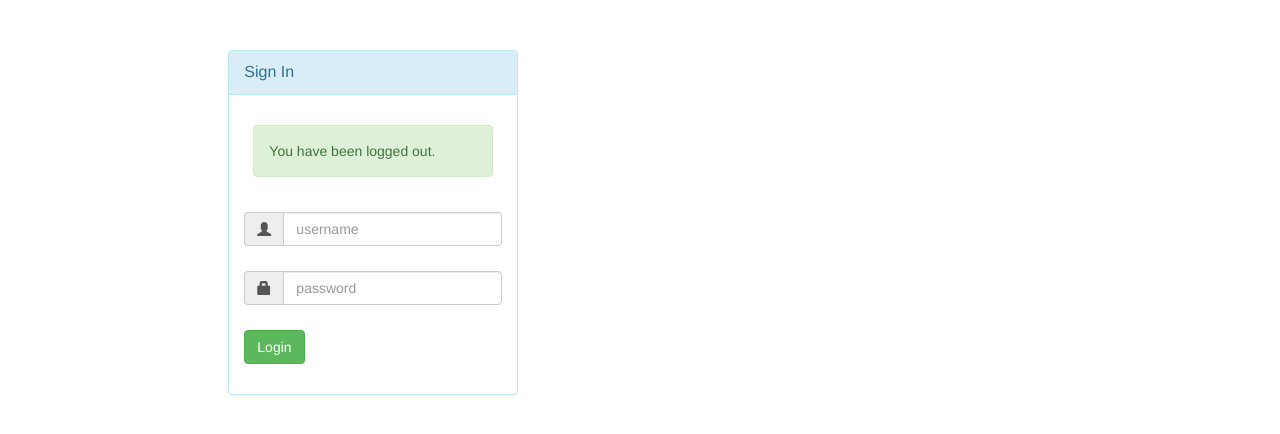
Repository: pavan-codeater/Spring-Projects
Page: http://localhost/spring-security-demo-03-custom-login-bootstrap/showLoginForm
These files come from the project's save history. The page is drawn as it stood at one moment and after the next save; the edit follows.
The browser window is 1280 px wide. The pictures show the whole page.
Some web libraries are served in a nearby version. The page is served by Tomcat 9.

Above is the page before, as saved 2023-03-12 09:19:55.

After the next save:
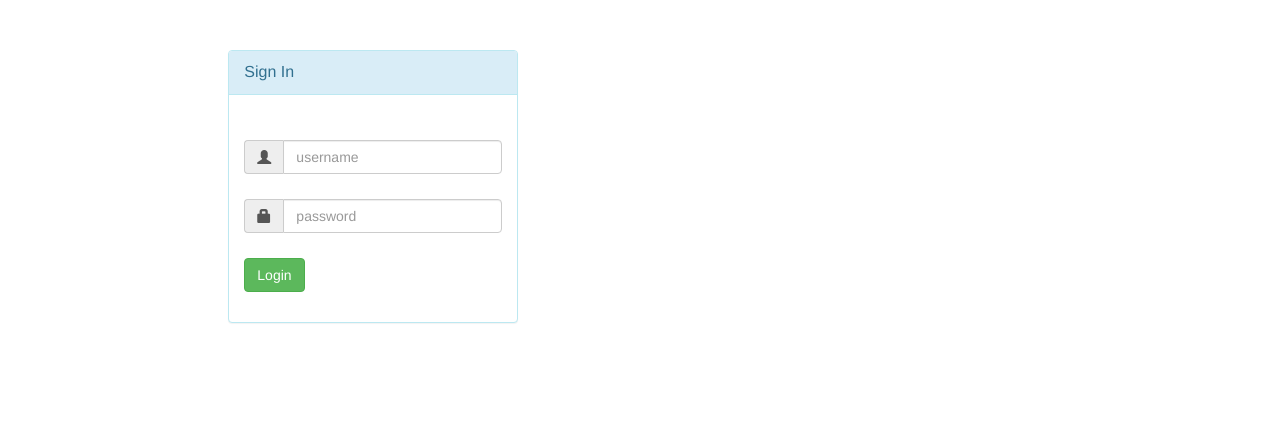
Saved 79 s later.
--- a/spring-security-demo-03-custom-login-bootstrap/src/main/webapp/WEB-INF/view/fancy-login.jsp
+++ b/spring-security-demo-03-custom-login-bootstrap/src/main/webapp/WEB-INF/view/fancy-login.jsp
@@ -54,12 +54,13 @@
 
 								</c:if>
 
+										<c:if test="${param.error != null}">
 
 									<div class="alert alert-success col-xs-offset-1 col-xs-10">
 										You have been logged out.
 									</div>
 
-
+										</c:if>
 					            </div>
 					        </div>
 					    </div>
